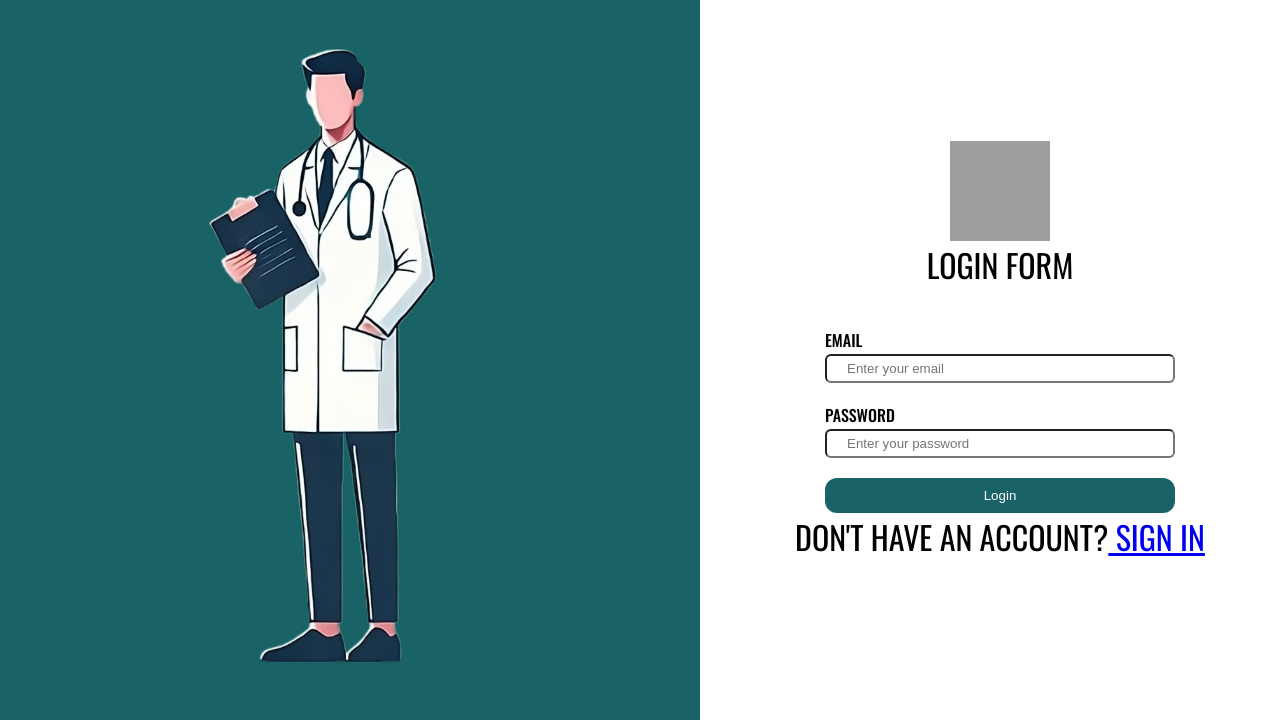
Repository: AriaFantom/Minor-Project
Page: http://localhost/Project/login.jsp
These files come from the project's save history. The page is drawn as it stood at one moment and after the next save; the edit follows.
The browser window is 1280 px wide. The pictures show the whole page.
Pictures or frames that could not be fetched are drawn as grey boxes. Some web fonts or font styles are not loaded; a fallback is used. The page is served by Tomcat 10.

Above is the page before, as saved 2024-12-01 13:54:23.

After the next save:
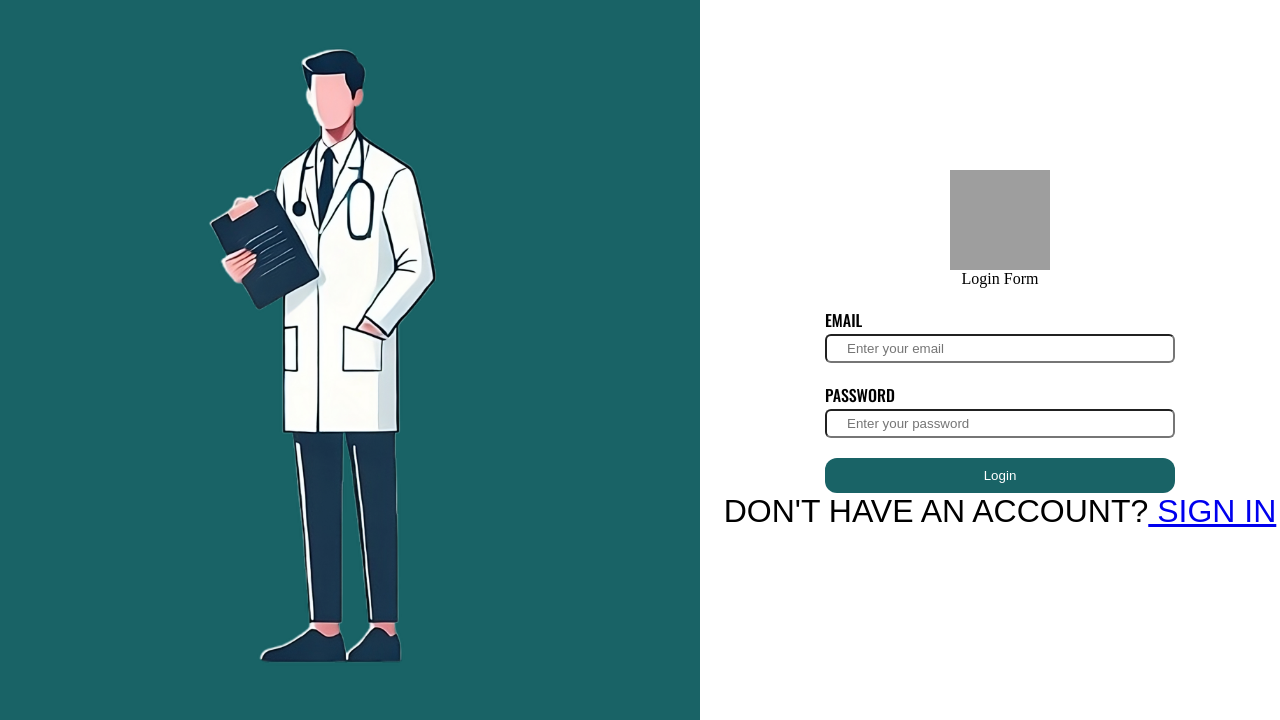
Saved 96 s later.
--- a/Project/src/main/webapp/css/register.css
+++ b/Project/src/main/webapp/css/register.css
@@ -37,7 +37,7 @@ main img {
     width: 100%;
 }
 
-.form-section p {
+.form-heading {
     font-family: 'Oswald', sans-serif;
     font-size: 2rem;
     margin-bottom: 20px;
